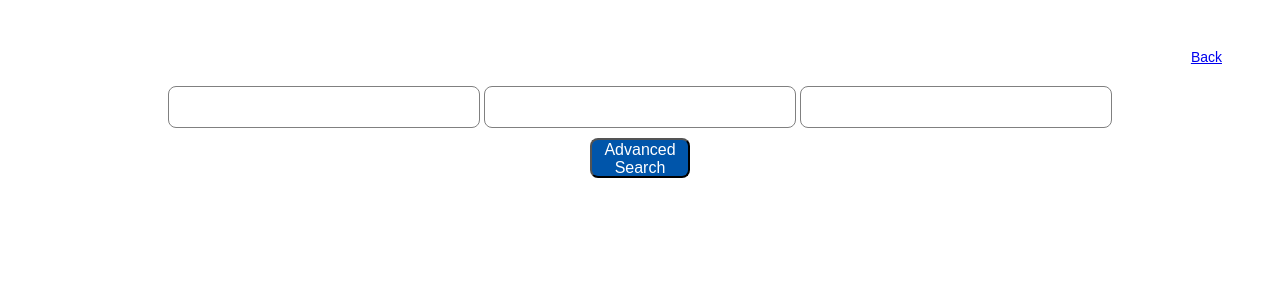
Repository: lyutok/cs50-search-project
Page: advanced.html
These files come from the project's save history. The page is drawn as it stood at one moment and after the next save; the edit follows.
The browser window is 1280 px wide. The pictures show the whole page.
The style sheet was rebuilt from its Sass, Less or Tailwind sources for each picture, by a compiler version that may differ from the author's.

Above is the page before, as saved 2025-07-07 12:07:01.

After the next save:
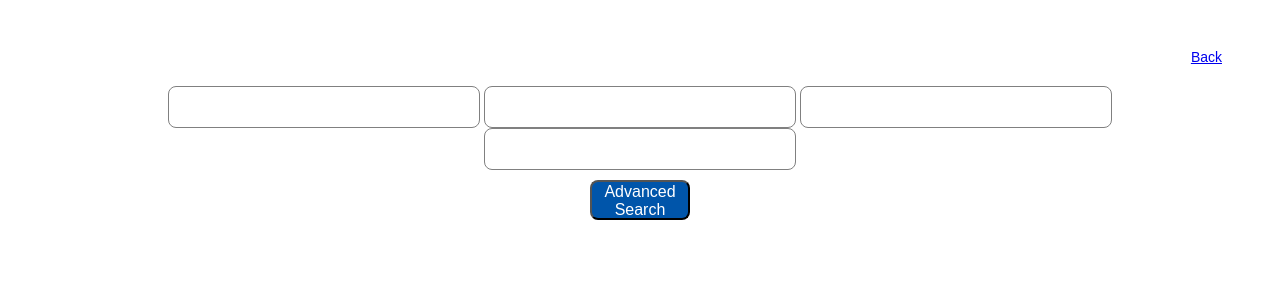
Saved 42 s later.
--- a/advanced.html
+++ b/advanced.html
@@ -13,6 +13,7 @@
         <input type="text" name="all these words:">
         <input type="text" name="this exact word or phrase:">
         <input type="text" name="any of these words:">
+        <input type="text" name="none of these words:">
         <br>
         <button id="advanced" type="submit">Advanced Search</button>
     </form>
